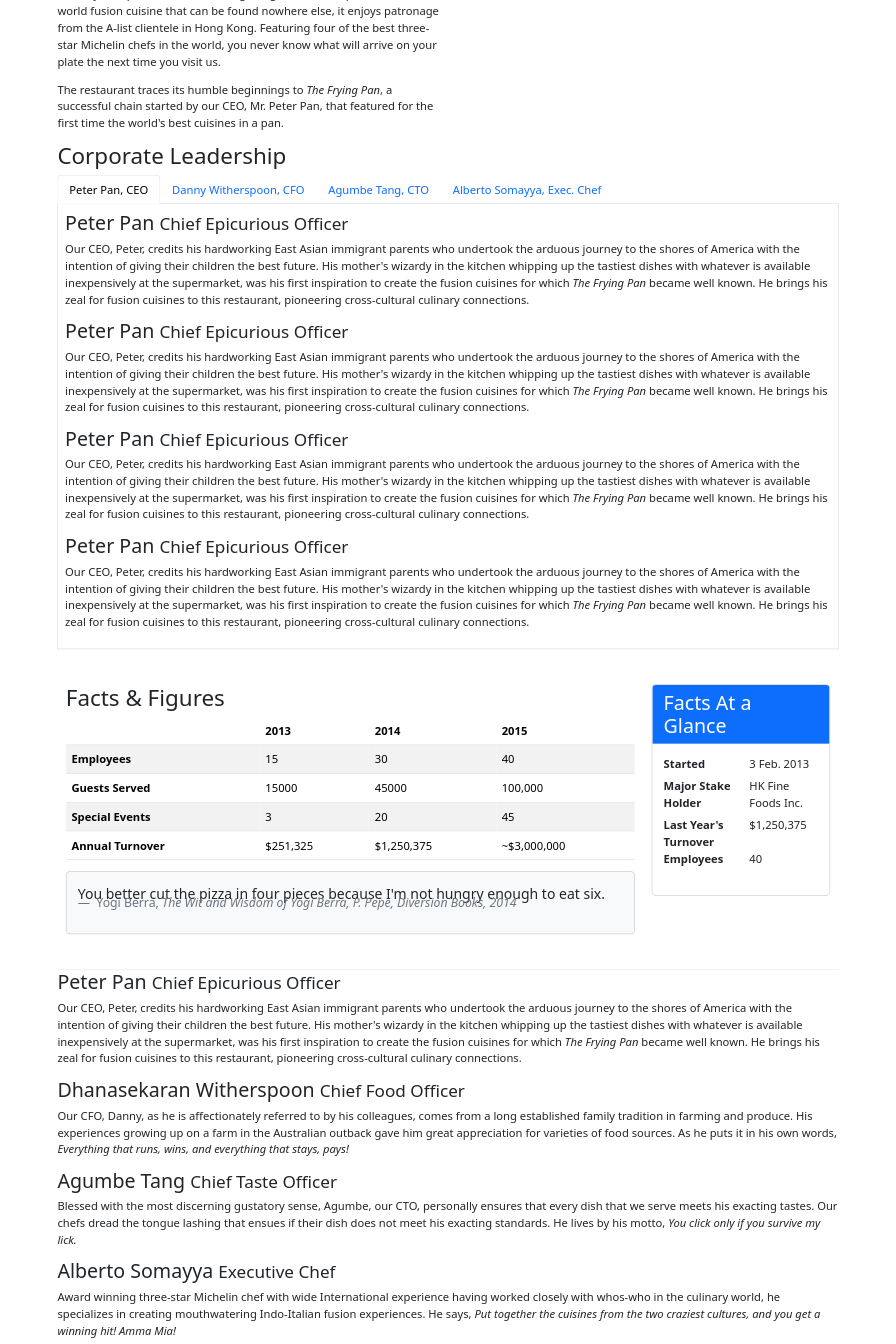
Repository: DungBuiTuan/FER201m
Page: aboutus.html
The author's editor kept a copy of each file at every save. The page is drawn from the files as they stood at one save, then again after the next save.
The browser window is 1280 px wide. The pictures show the part of the page from y = 531 to 2451 px (the page is 2687 px tall before and 2031 px after), at 70% of full size.
Some web libraries are served in a nearby version.

Above is the page before, as saved 2023-05-20 09:17:44.

### aboutus.html
<!DOCTYPE html>
<html lang="en">
  <head>
    <title>Ristorante Con Fusion: About Us</title>
    <meta charset="utf-8" />
    <meta
      name="viewport"
      content="width=device-width, initial-scale=1, shrink-to-fit=no"
    />
    <meta http-equiv="x-ua-compatible" content="ie=edge" />
    <!-- Bootstrap CSS -->
    <link
      rel="stylesheet"
      href="node_modules/bootstrap/dist/css/bootstrap.min.css"
    />
    <link rel="stylesheet" href="node_modules/font-awesome/css/font-awesome.min.css">
    <link href="css/styles.css" rel="stylesheet" />
  </head>

  <body>
    <nav class="navbar navbar-dark navbar-expand-sm fixed-top">
      <div class="container">
        <button
          class="navbar-toggler"
          type="button"
          data-toggle="collapse"
          data-target="#Navbar"
        >
          <span class="navbar-toggler-icon"></span>
        </button>
        <a class="navbar-brand mr-auto" href="#"
          ><img src="img/img/logo.png" height="30" width="41" />Ristorante Con
          Fusion</a
        >
        <div class="collapse navbar-collapse" id="Navbar">
          <ul class="navbar-nav mr-auto">
            <li class="nav-item active">
              <a class="nav-link" href="index.html">Home</a>
            </li>
            <li class="nav-item">
              <a class="nav-link" href="./aboutus.html">About</a>
            </li>
            <li class="nav-item"><a class="nav-link" href="LAB1/Aboutus.html">Menu</a></li>
            <li class="nav-item"><a class="nav-link" href="contactus.html">Contact</a></li>
          </ul>
        </div>
      </div>
    </nav>
    <header class="jumbotron">
      <div class="container">
        <div class="row row-header">
          <div class="col-12 col-sm-6">
            <h1>Ristorante con Fusion</h1>
            <p>
              We take inspiration from the World's best cuisines, and create a
              unique fusion experience. Our lipsmacking creations will tickle
              your culinary senses!
            </p>
          </div>
          <div class="col-12 col-sm align-self-center">
            <img src="img/img/logo.png" class="img-fluid" />
          </div>
        </div>
      </div>
    </header>

    <div class="container">
      <div class="row">
        <ol class="col-12 breadcrumb">
          <li class="breadcrumb-item"><a href="./index.html">Home</a></li>
          <li class="breadcrumb-item active">About Us</li>
        </ol>
        <div class="col-12">
          <h3>About Us</h3>
          <hr />
        </div>
      </div>

      <div class="row">
        <div class="col-12 col-sm-6 col-md-6">
          <h2>Our History</h2>
          <p>
            Started in 2010, Ristorante con Fusion quickly established itself as
            a culinary icon par excellence in Hong Kong. With its unique brand
            of world fusion cuisine that can be found nowhere else, it enjoys
            patronage from the A-list clientele in Hong Kong. Featuring four of
            the best three-star Michelin chefs in the world, you never know what
            will arrive on your plate the next time you visit us.
          </p>
          <p>
            The restaurant traces its humble beginnings to
            <em>The Frying Pan</em>, a successful chain started by our CEO, Mr.
            Peter Pan, that featured for the first time the world's best
            cuisines in a pan.
          </p>
        </div>
        <div></div>
      </div>

      <div class="row">
        <div class="col col-sm col-md">
          <div>
            <div>
              <h2>Corporate Leadership</h2>
              <ul class="nav nav-tabs">
                <li class="nav-item">
                  <a class="nav-link active" href="#peter"
                    role="tab" data-toggle="tab">Peter Pan, CEO</a>
                </li>
                <li class="nav-item">
                  <a class="nav-link" href="#danny" role="tab"
                    data-toggle="tab">Danny Witherspoon, CFO</a>
                </li>
                <li class="nav-item">
                  <a class="nav-link" href="#agumbe"role="tab"
                    data-toggle="tab">Agumbe Tang, CTO</a>
                </li>
                <li class="nav-item">
                  <a class="nav-link" href="#alberto" role="tab"
                    data-toggle="tab">Alberto Somayya, Exec. Chef</a>
                </li>
            </ul>

            <div class="tab-content">
                <div role="tabpanel" class="tab-pane fade show active" id="peter">
                    <h3>Peter Pan <small>Chief Epicurious Officer</small></h3>
                    <p> Our CEO, Peter, credits his hardworking East Asian immigrant
                        parents who undertook the arduous journey to the shores of
                        America with the intention of giving their children the best
                        future. His mother's wizardy in the kitchen whipping up the
                        tastiest dishes with whatever is available inexpensively at the
                        supermarket, was his first inspiration to create the fusion
                        cuisines for which <em>The Frying Pan</em> became well known. He
                        brings his zeal for fusion cuisines to this restaurant,
                        pioneering cross-cultural culinary connections. </p>
                </div>
                <div role="tabpanel" class="tab-pane fade show active" id="danny">
                    <h3>Peter Pan <small>Chief Epicurious Officer</small></h3>
                    <p> Our CEO, Peter, credits his hardworking East Asian immigrant
                        parents who undertook the arduous journey to the shores of
                        America with the intention of giving their children the best
                        future. His mother's wizardy in the kitchen whipping up the
                        tastiest dishes with whatever is available inexpensively at the
                        supermarket, was his first inspiration to create the fusion
                        cuisines for which <em>The Frying Pan</em> became well known. He
                        brings his zeal for fusion cuisines to this restaurant,
                        pioneering cross-cultural culinary connections. </p>
                </div>
                <div role="tabpanel" class="tab-pane fade show active" id="agumbe">
                    <h3>Peter Pan <small>Chief Epicurious Officer</small></h3>
                    <p> Our CEO, Peter, credits his hardworking East Asian immigrant
                        parents who undertook the arduous journey to the shores of
                        America with the intention of giving their children the best
                        future. His mother's wizardy in the kitchen whipping up the
                        tastiest dishes with whatever is available inexpensively at the
                        supermarket, was his first inspiration to create the fusion
                        cuisines for which <em>The Frying Pan</em> became well known. He
                        brings his zeal for fusion cuisines to this restaurant,
                        pioneering cross-cultural culinary connections. </p>
                </div>
                <div role="tabpanel" class="tab-pane fade show active" id="alberto">
                    <h3>Peter Pan <small>Chief Epicurious Officer</small></h3>
                    <p> Our CEO, Peter, credits his hardworking East Asian immigrant
                        parents who undertook the arduous journey to the shores of
                        America with the intention of giving their children the best
                        future. His mother's wizardy in the kitchen whipping up the
                        tastiest dishes with whatever is available inexpensively at the
                        supermarket, was his first inspiration to create the fusion
                        cuisines for which <em>The Frying Pan</em> became well known. He
                        brings his zeal for fusion cuisines to this restaurant,
                        pioneering cross-cultural culinary connections. </p>
                </div>
            </div>

              <div class="row row-content">
                <div class="col-12 col-sm-9">
                  <h2>Facts &amp; Figures</h2>
                  <div class="table-responsive">
                    <table class="table table-striped">
                      <thead class="thead-dark">
                        <tr>
                          <th>&nbsp;</th>
                          <th>2013</th>
                          <th>2014</th>
                          <th>2015</th>
                        </tr>
                      </thead>
                      <tbody>
                        <tr>
                          <th>Employees</th>
                          <td>15</td>
                          <td>30</td>
                          <td>40</td>
                        </tr>
                        <tr>
                          <th>Guests Served</th>
                          <td>15000</td>
                          <td>45000</td>
                          <td>100,000</td>
                        </tr>
                        <tr>
                          <th>Special Events</th>
                          <td>3</td>
                          <td>20</td>
                          <td>45</td>
                        </tr>
                        <tr>
                          <th>Annual Turnover</th>
                          <td>$251,325</td>
                          <td>$1,250,375</td>
                          <td>~$3,000,000</td>
                        </tr>
                      </tbody>
                    </table>
                  </div>
                  <div class="col-12">
                    <div class="card card-body bg-light">
                      <blockquote class="blockquote">
                        <p class="mb-0">
                          You better cut the pizza in four pieces because I'm
                          not hungry enough to eat six.
                        </p>
                        <footer class="blockquote-footer">
                          Yogi Berra,
                          <cite title="Source Title"
                            >The Wit and Wisdom of Yogi Berra, P. Pepe,
                            Diversion Books, 2014</cite
                          >
                        </footer>
                      </blockquote>
                    </div>
                  </div>
                </div>
                <div class="col-12 col-sm-3">
                  <div class="card">
                    <h3 class="card-header bg-primary text-white">
                      Facts At a Glance
                    </h3>
                    <div class="card-body">
                      <dl class="row">
                        <dt class="col-6">Started</dt>
                        <dd class="col-6">3 Feb. 2013</dd>
                        <dt class="col-6">Major Stake Holder</dt>
                        <dd class="col-6">HK Fine Foods Inc.</dd>
                        <dt class="col-6">Last Year's Turnover</dt>
                        <dd class="col-6">$1,250,375</dd>
                        <dt class="col-6">Employees</dt>
                        <dd class="col-6">40</dd>
                      </dl>
                    </div>
                  </div>
                </div>
              </div>

              <h3>Peter Pan <small>Chief Epicurious Officer</small></h3>
            </div>
            <div class="d-none d-sm-block">
              <p>
                Our CEO, Peter, credits his hardworking East Asian immigrant
                parents who undertook the arduous journey to the shores of
                America with the intention of giving their children the best
                future. His mother's wizardy in the kitchen whipping up the
                tastiest dishes with whatever is available inexpensively at the
                supermarket, was his first inspiration to create the fusion
                cuisines for which <em>The Frying Pan</em> became well known. He
                brings his zeal for fusion cuisines to this restaurant,
                pioneering cross-cultural culinary connections.
              </p>
            </div>
          </div>
          <div>
            <div>
              <h3>
                Dhanasekaran Witherspoon <small>Chief Food Officer</small>
              </h3>
            </div>
            <div class="d-none d-sm-block">
              <p>
                Our CFO, Danny, as he is affectionately referred to by his
                colleagues, comes from a long established family tradition in
                farming and produce. His experiences growing up on a farm in the
                Australian outback gave him great appreciation for varieties of
                food sources. As he puts it in his own words,
                <em
                  >Everything that runs, wins, and everything that stays,
                  pays!</em
                >
              </p>
            </div>
          </div>
          <div>
            <div>
              <h3>Agumbe Tang <small>Chief Taste Officer</small></h3>
            </div>
            <div class="d-none d-sm-block">
              <p>
                Blessed with the most discerning gustatory sense, Agumbe, our
                CTO, personally ensures that every dish that we serve meets his
                exacting tastes. Our chefs dread the tongue lashing that ensues
                if their dish does not meet his exacting standards. He lives by
                his motto, <em>You click only if you survive my lick.</em>
              </p>
            </div>
          </div>
          <div>
            <div>
              <h3>Alberto Somayya <small>Executive Chef</small></h3>
            </div>
            <div class="d-none d-sm-block">
              <p>
                Award winning three-star Michelin chef with wide International
                experience having worked closely with whos-who in the culinary
                world, he specializes in creating mouthwatering Indo-Italian
                fusion experiences. He says,
                <em
                  >Put together the cuisines from the two craziest cultures, and
                  you get a winning hit! Amma Mia!</em
                >
              </p>
            </div>
          </div>
        </div>
      </div>
    </div>

    <footer class="footer">
      <div class="container">
        <div class="row">
          <div class="col-4 offset-1 col-sm-2">
            <h5>Links</h5>
            <ul class="list-unstyled">
              <li><a href="#">Home</a></li>
              <li><a href="#">About</a></li>
              <li><a href="#">Menu</a></li>
              <li><a href="#">Contact</a></li>
            </ul>
          </div>
          <div class="col-7 col-sm-5">
            <h5>Our Address</h5>
            <address>
              121, Clear Water Bay Road<br />
              Clear Water Bay, Kowloon<br />
              HONG KONG<br />
              <i class="fa fa-phone fa-lg"></i>: +852 1234 5678<br />
              <i class="fa fa-fax fa-lg"></i>: +852 8765 4321<br />
              <i class="fa fa-envelope fa-lg"></i>:
              <a href="mailto:confusion@food.net">confusion@food.net</a>
            </address>
          </div>
          <div class="col-12 col-sm-4 align-self-center">
            <div class="text-center">
              <a
                class="btn btn-social-icon btn-google"
                href="http://google.com/+"
                ><i class="fa fa-google-plus"></i
              ></a>
              <a
                class="btn btn-social-icon btn-facebook"
                href="http://www.facebook.com/profile.php?id="
                ><i class="fa fa-facebook"></i
              ></a>
              <a
                class="btn btn-social-icon btn-linkedin"
                href="http://www.linkedin.com/in/"
                ><i class="fa fa-linkedin"></i
              ></a>
              <a
                class="btn btn-social-icon btn-twitter"
                href="http://twitter.com/"
                ><i class="fa fa-twitter"></i
              ></a>
              <a
                class="btn btn-social-icon btn-google"
                href="http://youtube.com/"
                ><i class="fa fa-youtube"></i
              ></a>
              <a class="btn btn-social-icon" href="mailto:"
                ><i class="fa fa-envelope-o"></i
              ></a>
            </div>
          </div>
        </div>
        <div class="row justify-content-center">
          <div class="col-auto">
            <p>© Copyright 2018 Ristorante Con Fusion</p>
          </div>
        </div>
      </div>
    </footer>
    <script src="node_modules/jquery/dist/jquery.slim.min.js"></script>
    <script src="node_modules/popper.js/dist/umd/popper.min.js"></script>
    <script src="node_modules/bootstrap/dist/js/bootstrap.min.js"></script>
  </body>
</html>

### css/styles.css
body{
    padding:50px 0px 0px 0px;
    z-index:0;
}

.navbar-dark {
     background-color: #512DA8;
}

.row-header{
    margin:0px auto;
    padding:0px;
}

.row-content {
    margin:0px auto;
    padding: 50px 0px 50px 0px;
    border-bottom: 1px ridge;
    min-height:400px;
}

.footer{
    background-color: #D1C4E9;
    margin:0px auto;
    padding: 20px 0px 20px 0px;
}

.jumbotron {
    padding:70px 30px 70px 30px;
    margin:0px auto;
    background: #9575CD ;
    color:floralwhite;
}

address{
    font-size:80%;
    margin:0px;
    color:#0f0f0f;
}

.tab-content {
    border-left: 1px solid #ddd;
    border-right: 1px solid #ddd;
    border-bottom: 1px solid #ddd;
    padding: 10px;
}

After the next save:
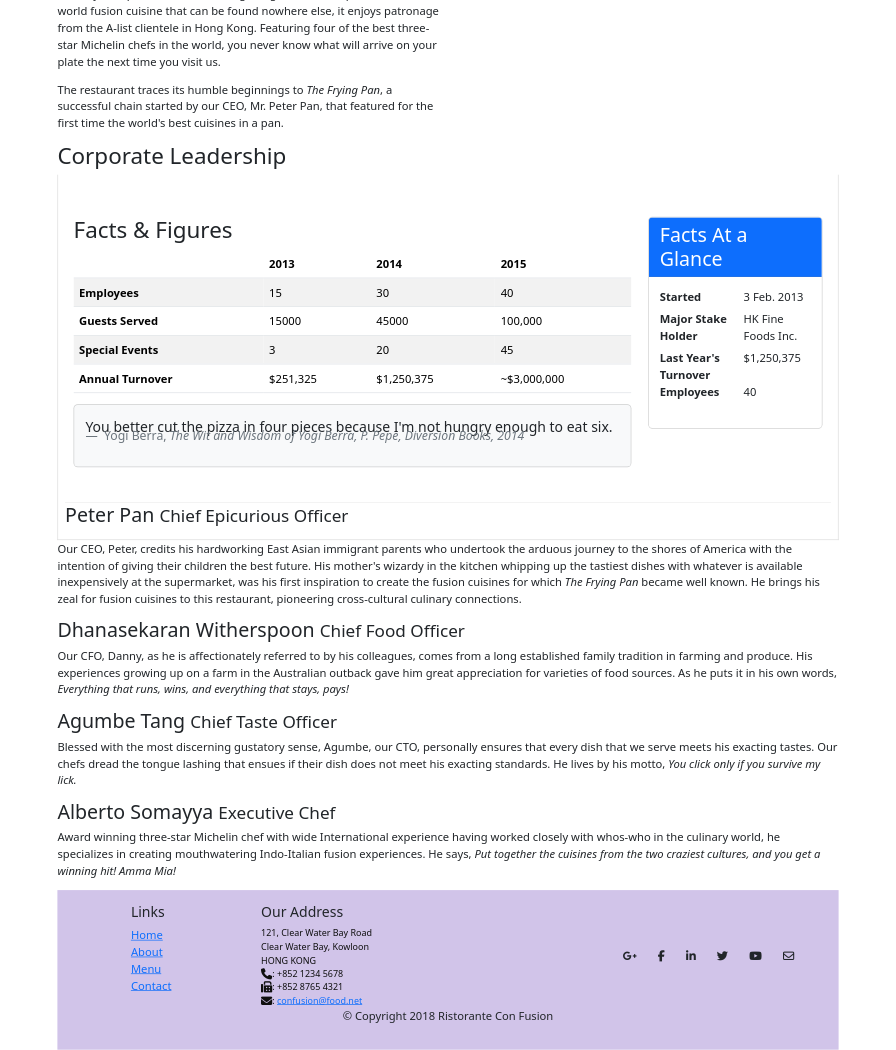
Saved 23 min 46 s later.
--- a/aboutus.html
+++ b/aboutus.html
@@ -102,76 +102,7 @@
           <div>
             <div>
               <h2>Corporate Leadership</h2>
-              <ul class="nav nav-tabs">
-                <li class="nav-item">
-                  <a class="nav-link active" href="#peter"
-                    role="tab" data-toggle="tab">Peter Pan, CEO</a>
-                </li>
-                <li class="nav-item">
-                  <a class="nav-link" href="#danny" role="tab"
-                    data-toggle="tab">Danny Witherspoon, CFO</a>
-                </li>
-                <li class="nav-item">
-                  <a class="nav-link" href="#agumbe"role="tab"
-                    data-toggle="tab">Agumbe Tang, CTO</a>
-                </li>
-                <li class="nav-item">
-                  <a class="nav-link" href="#alberto" role="tab"
-                    data-toggle="tab">Alberto Somayya, Exec. Chef</a>
-                </li>
-            </ul>
-
             <div class="tab-content">
-                <div role="tabpanel" class="tab-pane fade show active" id="peter">
-                    <h3>Peter Pan <small>Chief Epicurious Officer</small></h3>
-                    <p> Our CEO, Peter, credits his hardworking East Asian immigrant
-                        parents who undertook the arduous journey to the shores of
-                        America with the intention of giving their children the best
-                        future. His mother's wizardy in the kitchen whipping up the
-                        tastiest dishes with whatever is available inexpensively at the
-                        supermarket, was his first inspiration to create the fusion
-                        cuisines for which <em>The Frying Pan</em> became well known. He
-                        brings his zeal for fusion cuisines to this restaurant,
-                        pioneering cross-cultural culinary connections. </p>
-                </div>
-                <div role="tabpanel" class="tab-pane fade show active" id="danny">
-                    <h3>Peter Pan <small>Chief Epicurious Officer</small></h3>
-                    <p> Our CEO, Peter, credits his hardworking East Asian immigrant
-                        parents who undertook the arduous journey to the shores of
-                        America with the intention of giving their children the best
-                        future. His mother's wizardy in the kitchen whipping up the
-                        tastiest dishes with whatever is available inexpensively at the
-                        supermarket, was his first inspiration to create the fusion
-                        cuisines for which <em>The Frying Pan</em> became well known. He
-                        brings his zeal for fusion cuisines to this restaurant,
-                        pioneering cross-cultural culinary connections. </p>
-                </div>
-                <div role="tabpanel" class="tab-pane fade show active" id="agumbe">
-                    <h3>Peter Pan <small>Chief Epicurious Officer</small></h3>
-                    <p> Our CEO, Peter, credits his hardworking East Asian immigrant
-                        parents who undertook the arduous journey to the shores of
-                        America with the intention of giving their children the best
-                        future. His mother's wizardy in the kitchen whipping up the
-                        tastiest dishes with whatever is available inexpensively at the
-                        supermarket, was his first inspiration to create the fusion
-                        cuisines for which <em>The Frying Pan</em> became well known. He
-                        brings his zeal for fusion cuisines to this restaurant,
-                        pioneering cross-cultural culinary connections. </p>
-                </div>
-                <div role="tabpanel" class="tab-pane fade show active" id="alberto">
-                    <h3>Peter Pan <small>Chief Epicurious Officer</small></h3>
-                    <p> Our CEO, Peter, credits his hardworking East Asian immigrant
-                        parents who undertook the arduous journey to the shores of
-                        America with the intention of giving their children the best
-                        future. His mother's wizardy in the kitchen whipping up the
-                        tastiest dishes with whatever is available inexpensively at the
-                        supermarket, was his first inspiration to create the fusion
-                        cuisines for which <em>The Frying Pan</em> became well known. He
-                        brings his zeal for fusion cuisines to this restaurant,
-                        pioneering cross-cultural culinary connections. </p>
-                </div>
-            </div>
-
               <div class="row row-content">
                 <div class="col-12 col-sm-9">
                   <h2>Facts &amp; Figures</h2>
